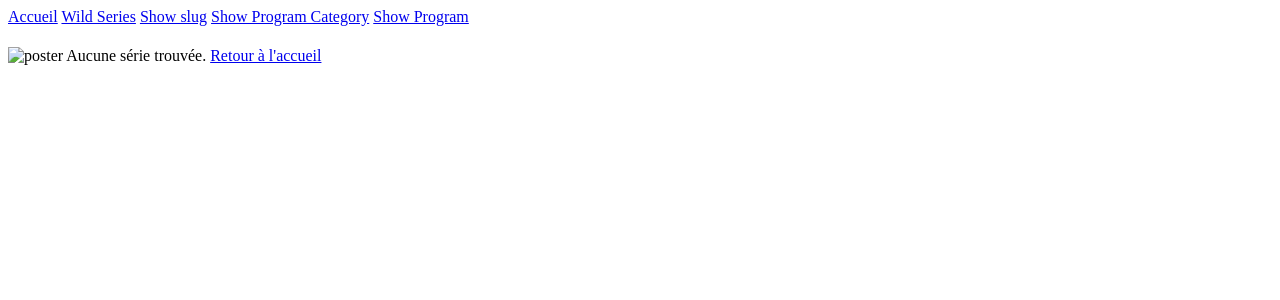
Repository: Khaleddwm/wild_series
Page: templates/wild/program.html.twig
These files come from the project's save history. The page is drawn as it stood at one moment and after the next save; the edit follows.
The browser window is 1280 px wide. The pictures show the whole page.
The page is a Twig template of a Symfony application; nobody is signed in and links lead nowhere. Other server files are loaded and not shown. The template is opened directly, without the code that normally fills it, so the values that code supplies are empty.

Above is the page before, as saved 2020-05-27 16:42:19.

### templates/wild/program.html.twig
{% extends 'base.html.twig' %}

{% block title %}Programs by title{% endblock %}

{% block body %}
    <h1>{{ program.title }}</h1>
    <img class="align-self-start mr-3 col-3" src="{{ program.poster }}" alt="{{ program.title }} poster">
    {% for season in seasons %}
        <div>
            <h2>Saison : {{ season.number }}</h2>
            <h3>Année de production : {{ season.year }}</h3>
            <div style="display:flex">
                <p>{{ season.description }}</p>
            </div>
        </div>
    {% else %}
        Aucune série trouvée.
    {% endfor %}
    <a href="{{ path('app_index') }}">
        Retour à l'accueil
    </a>
{% endblock %}

### templates/base.html.twig
<!DOCTYPE html>
<html lang="en">
    <head>
        <meta charset="UTF-8">
        <title>{% block title %}{% endblock %}</title>

        {% block stylesheets %}
            {{ encore_entry_link_tags('app') }}
        {% endblock %}
    </head>
    <body>
        <header>
            {% include 'navbar.html.twig' %}
        </header>
        <div class="base">
        {% block body %}{% endblock %}
        {% block javascripts %}
            {{ encore_entry_script_tags('app') }}
        {% endblock %}
        </div>

    </body>
</html>

### templates/navbar.html.twig
<nav class="navbar navbar-light bg-light">
  <form class="form-inline">
    <a class="btn btn-outline-danger" type="button" href="{{ path('app_index') }}">Accueil</a>
    <a class="btn btn-outline-primary" type="button" href="{{ path('wild_index') }}">Wild Series</a>
    <a class="btn btn-outline-primary" type="button" href="{{ path('wild_show', { 'slug': "walking-dead" }) }}">Show slug</a>
    <a class="btn btn-outline-primary" type="button" href="{{ path('wild_show_category', { 'categoryName': "horreur"}) }}">Show Program Category</a>
    <a class="btn btn-outline-primary" type="button" href="{{ path('wild_show_program', { 'programTitle': "walking-dead"}) }}">Show Program</a>
  </form>
</nav>

Loaded but not shown: webpack.config.js (common file)

After the next save:
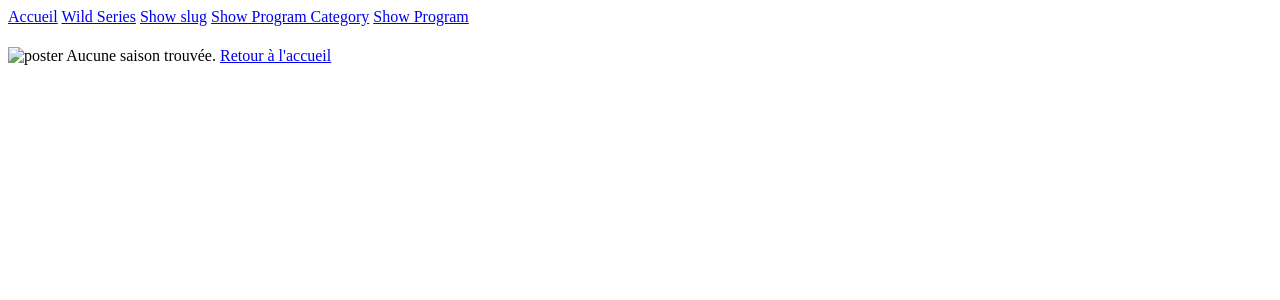
Saved 42 s later.
--- a/templates/wild/program.html.twig
+++ b/templates/wild/program.html.twig
@@ -14,7 +14,7 @@
             </div>
         </div>
     {% else %}
-        Aucune série trouvée.
+        Aucune saison trouvée.
     {% endfor %}
     <a href="{{ path('app_index') }}">
         Retour à l'accueil
